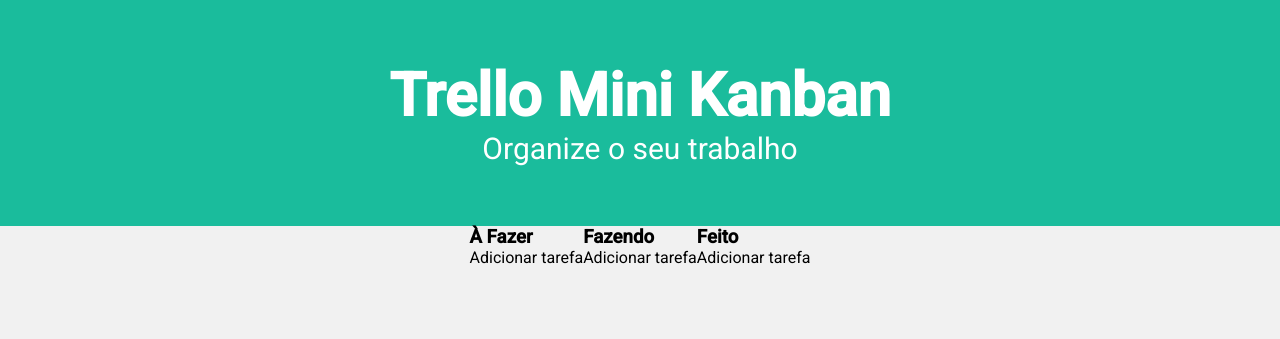
Repository: douglasabnovato/byteclass
Page: trello-mini-kanban/index.html
An editor plug-in stored every save of this project. The page is shown before and after a run of saves, followed by the edit.
The browser window is 1280 px wide. The pictures show the whole page.

Above is the page before, as saved 2025-07-31 20:50:37.

### trello-mini-kanban/index.html
<!DOCTYPE html>
<html>
  <head>
    <meta charset="UTF-8" />
    <meta http-equiv="X-UA-Compatible" content="IE=edge" />
    <meta name="viewport" content="width=device-width, initial-scale=1.0" />
    <link
      rel="stylesheet"
      href="https://cdnjs.cloudflare.com/ajax/libs/font-awesome/4.7.0/css/font-awesome.min.css"
    />
    <title>Trello Mini Kanban</title>
    <link rel="stylesheet" href="./style.css" />
  </head>

  <body>
    <div id="home" class="container content" >
      <header>
        <h1>Trello Mini Kanban</h1>
        <p>Organize o seu trabalho</p>
      </header>

      <main>
        <div class="board">
          <h3 class="title">À Fazer</h3>
          <ul
            id="a-fazer"
            class="todo-list"
            ondrop="drop(event, this.id)"
            ondragover="over(event)"
          ></ul>
          <div class="add-card" onclick="addCard(this)">
            <p>Adicionar tarefa</p>
          </div>
        </div>

        <div class="board">
          <h3 class="title">Fazendo</h3>
          <ul
            id="fazendo"
            class="todo-list"
            ondrop="drop(event, this.id)"
            ondragover="over(event)"
          ></ul>
          <div class="add-card" onclick="addCard(this)">
            <p>Adicionar tarefa</p>
          </div>
        </div>

        <div class="board">
          <h3 class="title">Feito</h3>
          <ul
            id="feito"
            class="todo-list"
            ondrop="drop(event, this.id)"
            ondragover="over(event)"
          ></ul>
          <div class="add-card" onclick="addCard(this)">
            <p>Adicionar tarefa</p>
          </div>
        </div>
      </main>
    </div>

    <script src="./script.js"></script>
  </body>
</html>

### trello-mini-kanban/style.css
@import url("https://fonts.googleapis.com/css2?family=Roboto:wght@100;300;400;500&display=swap");

* {
  box-sizing: border-box;
  margin: 0;
}

body {
  background-color: #f1f1f1;
  font-family: "Roboto", sans-serif;
}

header {
  padding: 60px;
  text-align: center;
  background: #1abc9c;
  color: white;
  font-size: 30px;
}


main {
  display: flex;
  flex-wrap: wrap;
  justify-content: center;
  padding-block
}

/*
.board {
  background-color: rgba(255, 255, 255, 0.8);
  width: 320px;
  margin: 4px;
  display: flex;
  flex-direction: column;
}

.board .title {
  background-color: lightcoral;
  color: white;
  margin: 0;
  text-align: center;
  font-size: 24px;
  font-weight: 400;
}

.board ul {
  list-style-type: none;
  min-height: 330px;
  padding: 2px;
  display: flex;
  flex-wrap: wrap;
  align-content: flex-start;
}

.board li {
  background-color: white;
  box-shadow: 2px 2px rgba(0, 0, 0, 0.2);
  border-radius: 4px;
  min-width: 100px;
  height: 40px;
  display: flex;
  justify-content: space-between;
  margin: 4px 10px;
  padding: 8px;
  display: flex;
  align-items: center;
}

.board li:hover {
  cursor: move;
  background-color: rgba(200, 200, 200, 0.5);
  box-shadow: 2px 2px rgba(0, 0, 0, 0.4);
}

.board .todo-list .remove {
  width: 16px;
  height: 16px;
  border-radius: 50%;
  text-align: center;
  font-size: 12px;
  color: #c3c3c3;
}

.board .todo-list .remove:hover {
  cursor: pointer;
  background-color: lightcoral;
}

.board .add-card {
  background-color: rgba(200, 200, 200, 0.8);
  border-radius: 2px;
  box-shadow: 2px 2px rgba(0, 0, 0, 0.2);
  margin: 4px 4px;
}

.board .add-card:hover {
  background-color: rgba(192, 182, 182, 0.95);
  cursor: pointer;
  box-shadow: 2px 2px rgba(0, 0, 0, 0.4);
}

.board .add-card p {
  font-size: 16px;
  padding: 15px 10px;
  font-weight: 100;
}
*/

### trello-mini-kanban/script.js

// function addCard(element) {
//   const ulId = element.previousElementSibling.id;
//   const text = prompt("Qual é a tarefa?");
//   const board = document.getElementById(ulId);

//   const template = `
//     <li id="${new Date().getTime()}" draggable="true" ondragstart="drag(event)">
//         <p>${text}</p>
//         <p class="remove" onclick="removeCard(this)">x</p>
//     </li>
//   `;

//   board.innerHTML += template;
// }

// /* remover uma tarefa */
// function removeCard(element) {
//   document.getElementById(element.parentElement.id).remove();
// }

// /* arrastar uma tarefa entre os quadros */
// function drag(event) {
//   event.dataTransfer.setData("card", event.target.id);
// }

// function over(event) {
//   event.preventDefault();
// }

// function drop(event, id) {
//   event.preventDefault();

//   const target = document.getElementById(id);
//   const data = event.dataTransfer.getData("card");
//   const card = document.getElementById(data);

//   target.appendChild(card);
//   event.dataTransfer.clearData();
// }

After the next 2 saves:
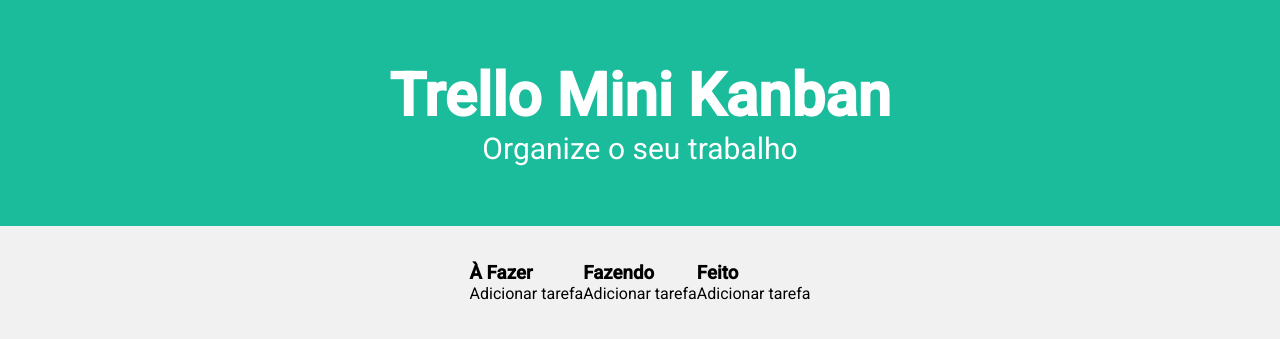
The 2 saves are shown as one change because they came seconds apart.
The last was saved 7 s later.
--- a/trello-mini-kanban/style.css
+++ b/trello-mini-kanban/style.css
@@ -23,7 +23,7 @@
   display: flex;
   flex-wrap: wrap;
   justify-content: center;
-  padding-block
+  padding-block: 36px;
 }
 
 /*
